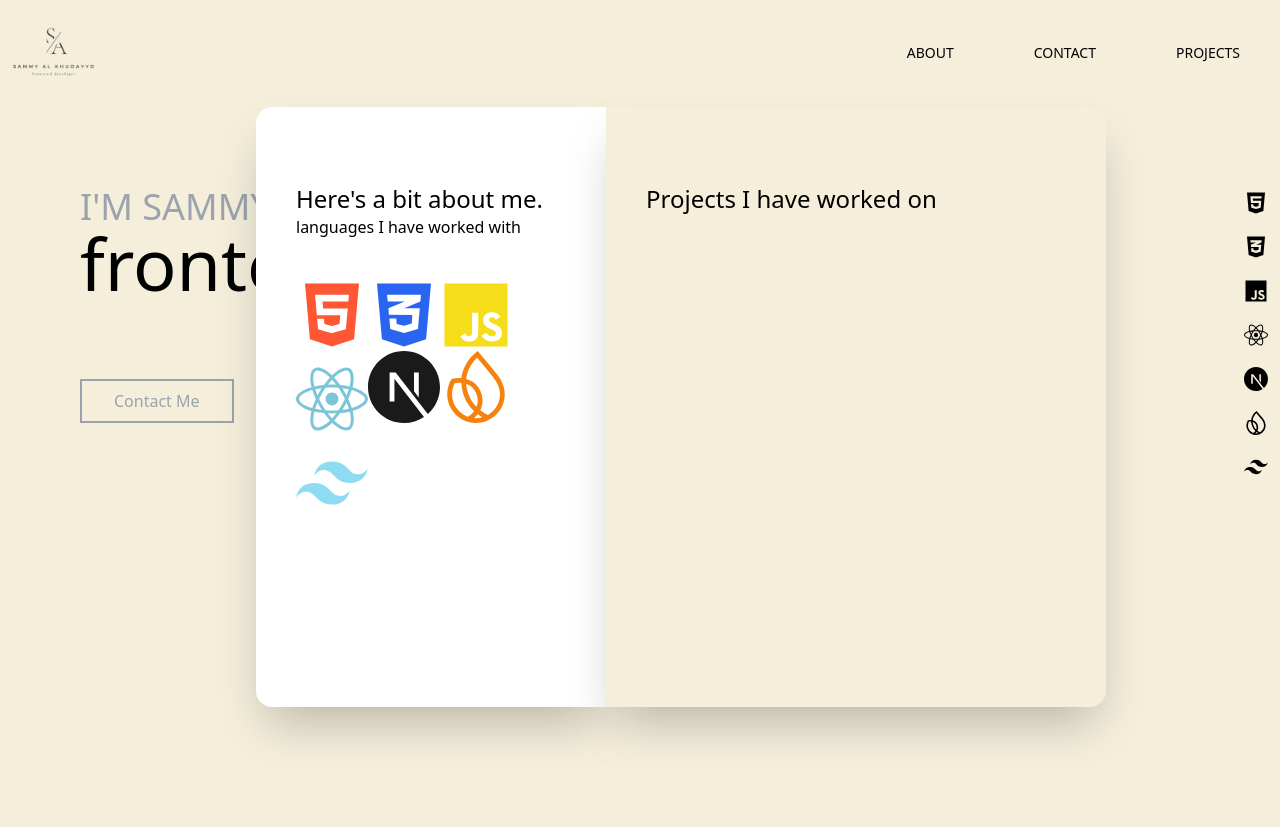
Repository: Al123Kudayyd/myportfolio
Page: /
These files come from the project's save history. The page is drawn as it stood at one moment and after the next save; the edit follows.
The browser window is 1280 px wide. The pictures show the whole page.
The project was rebuilt for these pictures with package versions that can differ from the ones it lists, and the page was loaded fresh each time. Also part of the build but not shown: src/components/model.js.

Above is the page before, as saved 2024-02-21 14:12:17.

### src/App.js
import Main from './components/Main';
import Nav from './components/Nav';
import Model from './components/Model'


function App() {
  return (
    <div className=" ">
      <Nav />
      <Main />

    </div>
  );
}

export default App;

### src/components/Main.jsx
import React, { useState } from 'react'
import Model from './Model'
import { LiaTimesSolid } from "react-icons/lia";
import { FaHtml5, FaReact } from "react-icons/fa";
import { FaCss3Alt } from "react-icons/fa6";
import { IoLogoJavascript } from "react-icons/io5";
import { SiNextdotjs } from "react-icons/si";
import { SiFirebase } from "react-icons/si";
import { SiTailwindcss } from "react-icons/si";
import Projects from './Projects';


function Main() {
    const [openModal, setOpenModal] = useState(false)
  return (
    <div className='relative'>
    <div className='bg-[#f4eedb] relative h-screen'>
        <div className='-z-10 pl-20 pt-20 '>
            <h1 className=''><span className='text-gray-400 font-extralight text-4xl'>I'M SAMMY AND I'M A</span>
            <br /><span className='text-7xl'>frontend developer.</span></h1>
            <button className='mt-20 border-gray-400 border-2 text-gray-400 py-2 px-8 hover:bg-gray-400 hover:text-[#f4eedb]
            transition-all duration-300'
            onClick={() => setOpenModal(true)}>
                Contact Me</button>
        </div>

    </div>
    {
        openModal && <Model btn={<LiaTimesSolid onClick={() => setOpenModal(false)} />} />
    }
    <div className='absolute top-[10%] right-0 text-2xl space-y-5 m-3'>
            <FaHtml5 />
            <FaCss3Alt />
            <IoLogoJavascript />
            <FaReact />
            <SiNextdotjs />
            <SiFirebase />
            <SiTailwindcss />
        </div>
        <Projects className='' />
    </div>
  )
}

export default Main

### src/components/Nav.jsx
import React from 'react'
import logo from '../assets/logo.png'
import { LiaBarsSolid } from "react-icons/lia";

function Nav({ }) {
  return (
    <div className='bg-[#f4eedb] relative'>
        <div className='flex justify-between items-center'>
            <img src={logo} className="w-[20%] md:w-1/12 " />
            <LiaBarsSolid className='sm:hidden text-3xl mr-5 hover:text-gray-400 cursor-pointer active:scale-[.85] transition-all duration-300' />
            <ul className='hidden sm:flex font-extralight text-sm '>
                <li className='px-10 cursor-pointer hover:text-gray-400 transition-all duration-300'>ABOUT</li>
                <li className='px-10 cursor-pointer hover:text-gray-400 transition-all duration-300'>CONTACT</li>
                <li className='px-10 cursor-pointer hover:text-gray-400 transition-all duration-300'>PROJECTS</li>
            </ul>
        </div>



    </div>
  )
}

export default Nav

### src/components/Projects.jsx
import React from 'react'
import { FaHtml5, FaReact } from "react-icons/fa";
import { FaCss3Alt } from "react-icons/fa6";
import { IoLogoJavascript } from "react-icons/io5";
import { SiNextdotjs } from "react-icons/si";
import { SiFirebase } from "react-icons/si";
import { SiTailwindcss } from "react-icons/si";

function Projects() {
  return (
    <div className='absolute top-0 left-[20%]'>
        <div className='flex justify-center items-center'>
            <div className='shadow-2xl bg-white w-[350px] h-[600px] rounded-l-2xl'>
                <div className='px-[40px] py-[76px]'>
                    <h1 className='text-2xl'>Here's a bit about me.</h1>
                    <h3 className='text-md '>languages I have worked with</h3>
                    <div className='flex flex-wrap my-10 text-7xl '>
                        <FaHtml5 className='text-[#FF5733] ' />
                        <FaCss3Alt className='text-[#2965F1]' />
                        <IoLogoJavascript className='text-[#F5DE19]' />
                        <FaReact className='text-[#7CC5D9] my-3' />
                        <SiNextdotjs className='text-[#1a1a1a]' />
                        <SiFirebase className='text-[#F6820D]' />
                        <SiTailwindcss className='text-[#8edcf1]' />
                    </div>
                </div>

            </div>
            <div className='shadow-2xl bg-[#f4eedb] w-[500px] h-[600px] rounded-r-2xl '>
                <div className='px-[40px] py-[76px]'>
                    <h1 className='text-2xl'>Projects I have worked on</h1>
                </div>

            </div>
        </div>
    </div>
  )
}

export default Projects

### tailwind.config.js
/** @type {import('tailwindcss').Config} */
module.exports = {
  content: [
    "./src/components/Nav.{js,jsx,ts,tsx}",
    "./src/components/Main.{js,jsx,ts,tsx}",
    "./src/components/App.{js,jsx,ts,tsx}",
    "./src/components/Model.{js,jsx,ts,tsx}",
    "./src/components/Projects.{js,jsx,ts,tsx}"
  ],
  theme: {
    extend: {},
  },
  plugins: [],
}

Loaded but not shown: public/index.html (common file); src/index.js (common file); src/index.css (common file); src/reportWebVitals.js (common file)

After the next save:
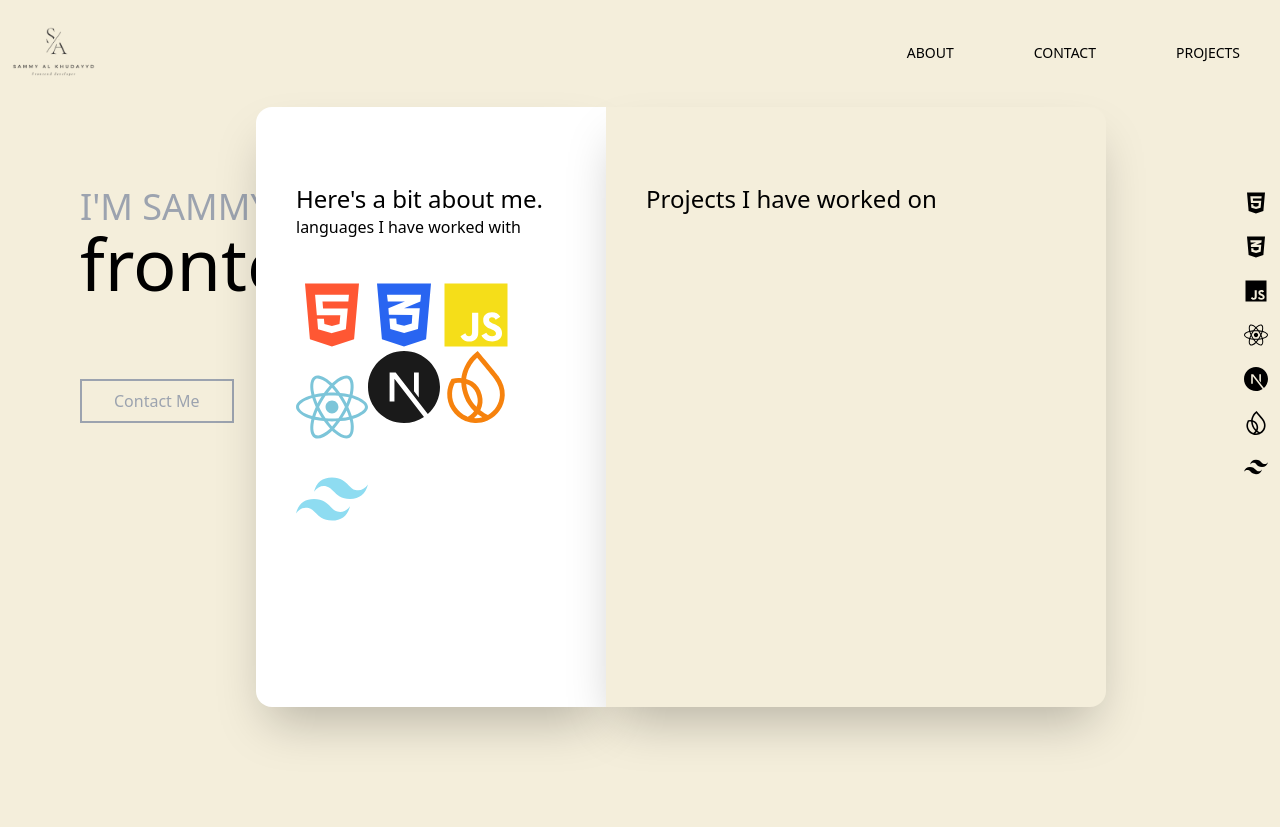
Saved 6 s later.
--- a/src/components/Projects.jsx
+++ b/src/components/Projects.jsx
@@ -18,7 +18,7 @@ function Projects() {
                         <FaHtml5 className='text-[#FF5733] ' />
                         <FaCss3Alt className='text-[#2965F1]' />
                         <IoLogoJavascript className='text-[#F5DE19]' />
-                        <FaReact className='text-[#7CC5D9] my-3' />
+                        <FaReact className='text-[#7CC5D9] my-5' />
                         <SiNextdotjs className='text-[#1a1a1a]' />
                         <SiFirebase className='text-[#F6820D]' />
                         <SiTailwindcss className='text-[#8edcf1]' />
